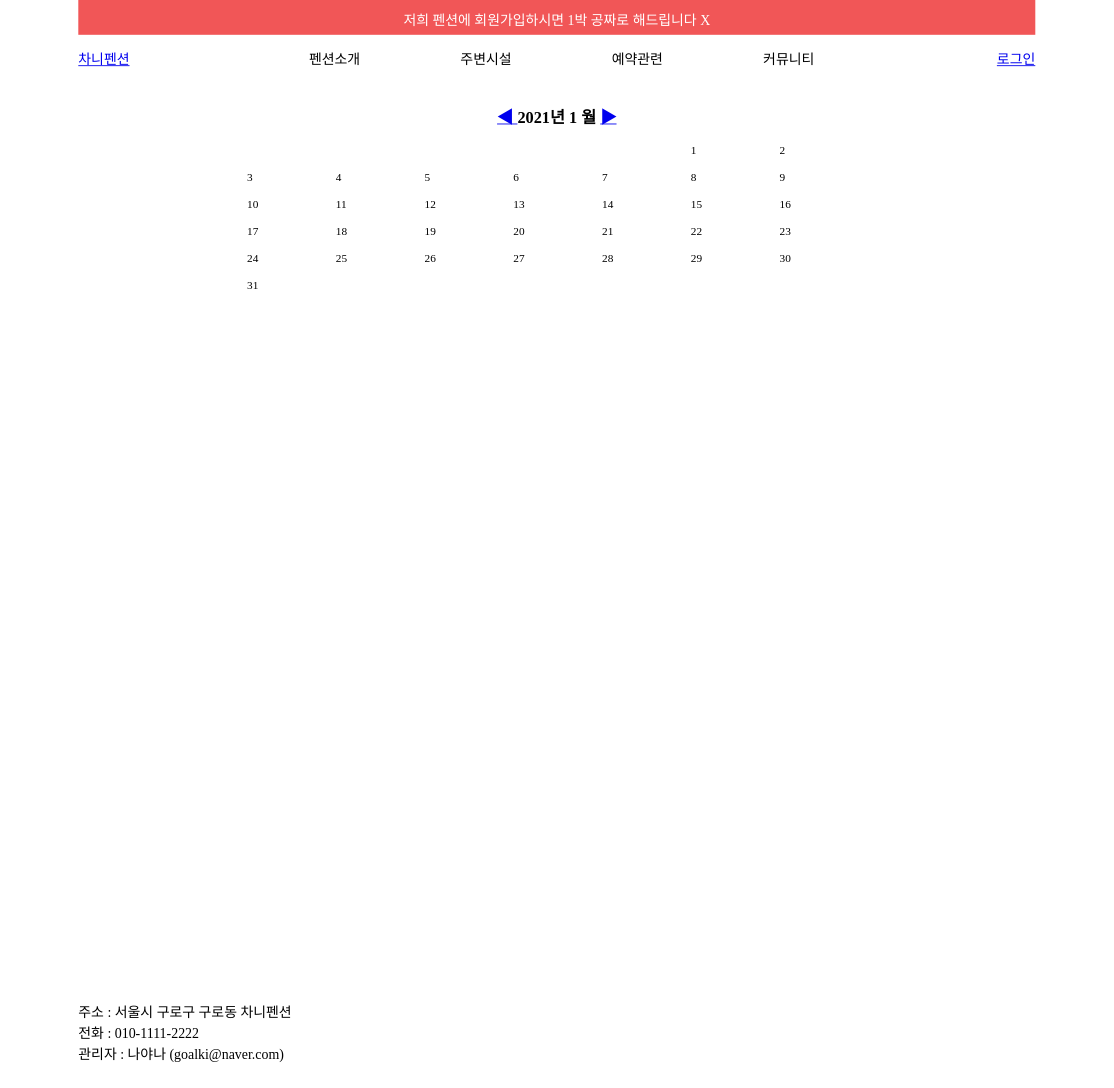
Repository: goalki/pension
Page: http://localhost/pension/reserve/reserve.jsp
These files come from the project's save history. The page is drawn as it stood at one moment and after the next save; the edit follows.
The browser window is 1280 px wide. The pictures show the whole page, at 87% of full size.
The page is served by Tomcat 9. Queries for data that is not in the repository find no rows.

Above is the page before, as saved 2021-01-20 06:32:04.

After the next save:
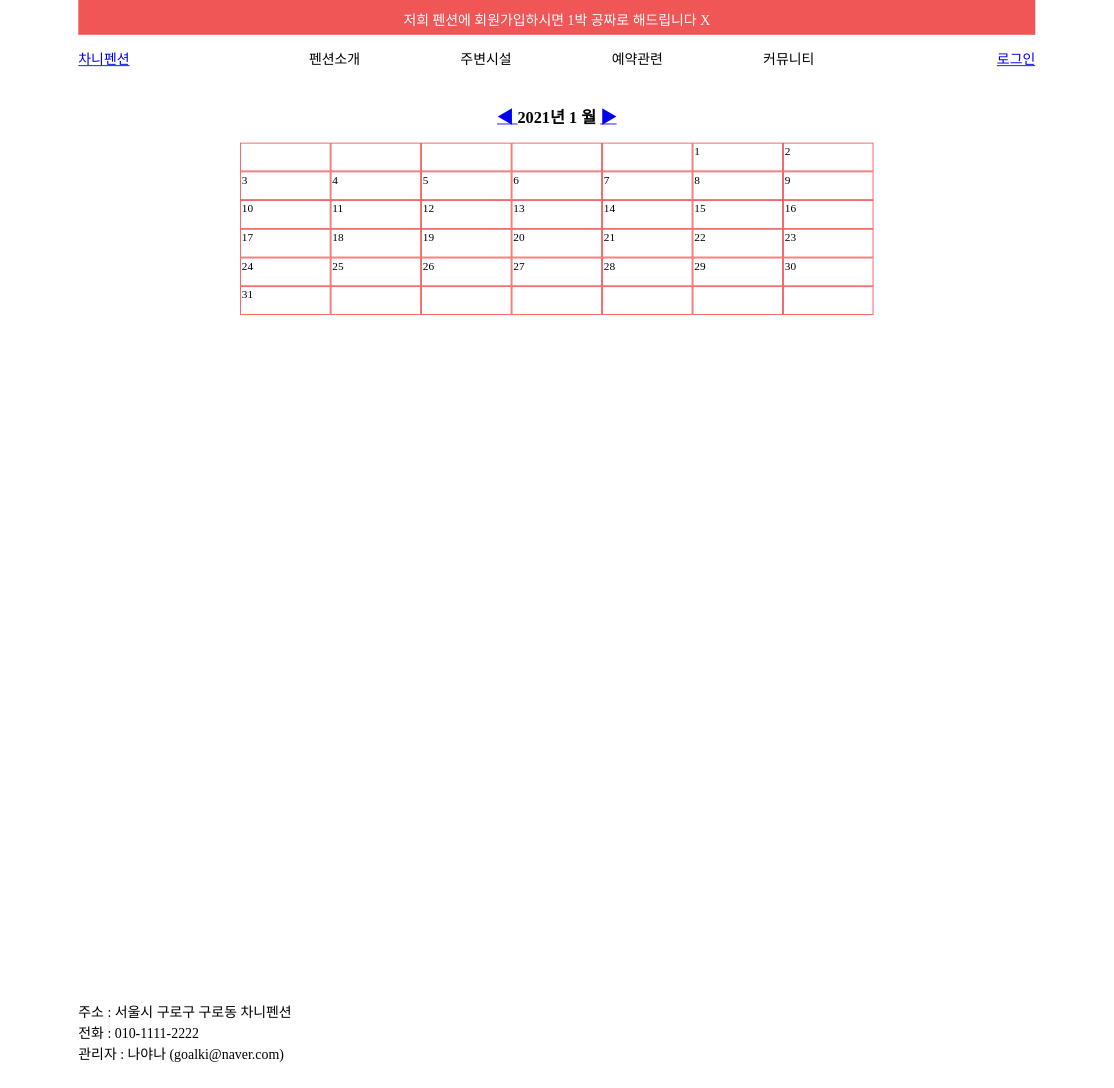
Saved 6 s later.
--- a/pension/WebContent/reserve/reserve.jsp
+++ b/pension/WebContent/reserve/reserve.jsp
@@ -72,7 +72,7 @@
   #section td {
     font-size:13px;
     width:100px;
-    border:1px solid #f15657''
+    border:1px solid #f15657;
   }
  </style>
  <div id="section">
